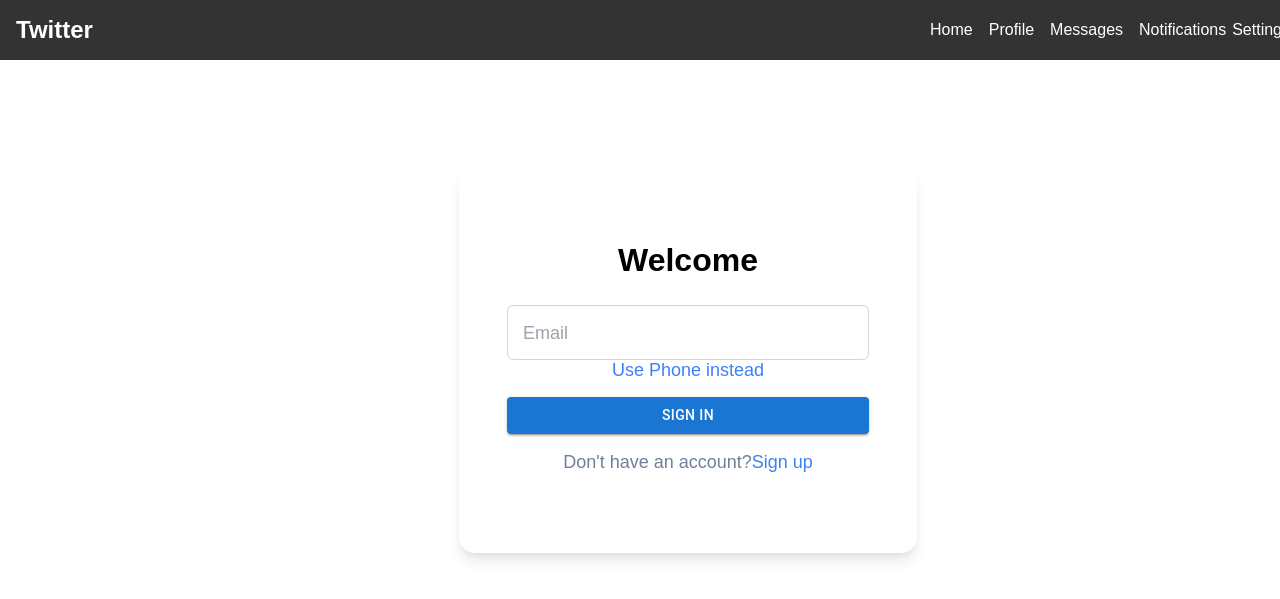
Repository: rakeshpuppala2590/Credit_karma
Page: / (app in client/)
An editor plug-in stored every save of this project. The page is shown before and after the next save, followed by the edit.
The browser window is 1280 px wide. The pictures show the whole page.
The project was rebuilt for these pictures with package versions that can differ from the ones it lists, and the page was loaded fresh each time.

Above is the page before, as saved 2024-06-15 15:08:20.

### client/src/index.js
import React from 'react';
import { createRoot } from 'react-dom/client';
import './index.css';
import App from './App';
import reportWebVitals from './reportWebVitals';

const root = createRoot(document.getElementById('root'));
root.render(
  <React.StrictMode>
    <App />
  </React.StrictMode>
);

// If you want to start measuring performance in your app, pass a function
// to log results (for example: reportWebVitals(console.log))
// or send to an analytics endpoint. Learn more: https://bit.ly/CRA-vitals
reportWebVitals();

### client/src/index.css
html,
body {
  height: 100%;
}

body {
  display: flex;
  justify-content: center; /* align horizontally to the center */
  align-items: center; /* align vertically to the center */
  margin: 0;
  padding: 0;
  font-family: -apple-system, BlinkMacSystemFont, 'Segoe UI', Roboto, Oxygen,
    Ubuntu, Cantarell, 'Open Sans', 'Helvetica Neue', sans-serif;
  -webkit-font-smoothing: antialiased;
  -moz-osx-font-smoothing: grayscale;
}

.bg-overlay {
  position: fixed;
  top: 0;
  left: 0;
  width: 100%;
  height: 100%;
  background-color: rgba(0, 0, 0, 0.5); /* semi-transparent black background */
  backdrop-filter: blur(5px); /* backdrop filter to create blur effect */
}

code {
  font-family: source-code-pro, Menlo, Monaco, Consolas, 'Courier New',
    monospace;
}

### client/src/App.js
import './App.css';
import Signin from './components/Signin';
import Home from './components/Home';

function App() {
  return (
    <div id='root'>
      <Home/>
      <Signin/>
    </div>
  );
}

export default App;

### client/src/App.css
/* Styles (login.css) */
.form-container {
  padding: 3rem; /* Increased padding */
  border-radius: 1rem; /* Increased border radius */
  box-shadow: 0 10px 15px -3px rgba(0, 0, 0, 0.1), 0 4px 6px -2px rgba(0, 0, 0, 0.05); /* Tailwind 'shadow-md' */
  max-width: 40rem; /* Increased max width */
  width: 100%;
}



.blur-background {
  filter: blur(5px); /* Blur effect */
  pointer-events: none; /* Disable interactions */
}

.flex-center {
  display: flex;
  justify-content: center;
  align-items: center;
  min-height: 100vh; /* Adjusted to ensure the height of the component is 100% of the viewport height */
}





.w-full {
  width: 100%;
}

.text-center {
  text-align: center;
}

.mb-8 {
  margin-bottom: 2rem;
}

.text-2xl {
  font-size: 2rem; /* Increased font size */
}

.font-semibold {
  font-weight: 600;
}

.bg-gray-100 {
  background-color: #f7fafc;
}

.border {
  border-width: 1px;
  border-color: #e2e8f0;
}

.border-gray-300 {
  border-color: #d1d5db;
}

.rounded-md {
  border-radius: 0.375rem;
}

.p-2 {
  padding: 0.5rem;
}

.focus\:outline-none:focus {
  outline: 2px solid transparent;
  outline-offset: 2px;
  box-shadow: 0 0 0 3px rgba(66, 153, 225, 0.5);
}

.focus\:ring {
  box-shadow: 0 0 #0000;
}

.focus\:ring-blue-400:focus {
  box-shadow: 0 0 0 3px rgba(66, 153, 225, 0.5);
}

.mb-4 {
  margin-bottom: 1rem;
}

.mt-4 {
  margin-top: 1rem;
}

.cursor-pointer {
  cursor: pointer;
}

.text-blue-500 {
  color: #3b82f6;
  font-size: 1.125rem; /* Increased font size */
}

.text-gray-500 {
  color: #718096;
  font-size: 1.125rem; /* Increased font size */
}

.w-1\/2 {
  width: 48%; /* Adjusted width to fit side by side with margin */
  padding: 1rem 1.5rem; /* Increased padding */
  font-size: 1.125rem; /* Increased font size */
}

.mr-2 {
  margin-right: 0.5rem;
}

.ml-2 {
  margin-left: 0.5rem;
}

.absolute {
  position: absolute;
}

.inset-y-0 {
  top: 0;
  bottom: 0;
}

.right-0 {
  right: 0;
}

.px-3 {
  padding-left: 0.75rem;
  padding-right: 0.75rem;
}

.py-1 {
  padding-top: 0.25rem;
  padding-bottom: 0.25rem;
}

.bg-blue-500 {
  background-color: #3b82f6;
}

.text-white {
  color: #fff;
}

.justify-between {
  justify-content: space-between;
}

.floating-label {
  position: relative;
  margin-top: 1rem;
}

.floating-input {
  border: 1px solid #d1d5db; /* Tailwind 'border-gray-300' */
  border-radius: 0.375rem; /* Tailwind 'rounded-md' */
  padding: 1.5rem 1rem 0.5rem 1rem; /* Adjusted padding */
  width: 100%;
   /* Changed background color to black */
  transition: border-color 0.3s, background-color 0.3s;
  font-size: 1.125rem; /* Increased font size */
  box-sizing: border-box; /* Ensures padding is included in the width */
}

.floating-label-text {
  position: absolute;
  top: 50%;
  left: 1rem;
  transform: translateY(-50%);
  pointer-events: none;
  transition: all 0.3s ease;
  color: #9ca3af; /* Tailwind 'text-gray-500' */
  font-size: 1.125rem; /* Increased font size */
}

.floating-input:focus + .floating-label-text,
.floating-input:not(:placeholder-shown) + .floating-label-text {
  top: 0.5rem;
  left: 1rem;
  font-size: 0.875rem; /* Adjusted font size */
  color: #3b82f6; /* Tailwind 'text-blue-400' */
}

.floating-input:focus {
  outline: none;
  border-color: #3b82f6; /* Tailwind 'ring-blue-400' */
}

.button-container {
  display: flex;
  justify-content: space-between;
  width: 100%;
}

.button-container > button {
  width: 48%; /* Ensures buttons are side by side with some space between */
}

.toggle-span {
  margin-top: 1rem; /* Increased margin-top for the toggle */
}

.App {
  text-align: center;
}

.App-logo {
  height: 40vmin;
  pointer-events: none;
}

@media (prefers-reduced-motion: no-preference) {
  .App-logo {
    animation: App-logo-spin infinite 20s linear;
  }
}

.App-header {

  min-height: 100vh;
  display: flex;
  flex-direction: column;
  align-items: center;
  justify-content: center;
  font-size: calc(10px + 2vmin);
  color: white;
}


.App-link {
  color: #61dafb;
}

@keyframes App-logo-spin {
  from {
    transform: rotate(0deg);
  }
  to {
    transform: rotate(360deg);
  }
}

### client/src/components/Signin.jsx
import React, { useState } from 'react';
import Button from '@mui/material/Button';
import '../Styles/Home.css';

const Signin = () => {
  const [showSignup, setShowSignup] = useState(false);
  const [showSignin, setShowSignin] = useState(false);
  const [secondField, setSecondField] = useState("email");
  const [email, setEmail] = useState("");

  const handleSignup = () => {
    setShowSignup(true);
    setShowSignin(false);
  };

  const handleSignin = () => {
    setShowSignup(false);
    setShowSignin(true);
  };

  const toggleSecondField = () => {
    setSecondField(prevField => prevField === "email" ? "phone" : "email");
  };

  const handleEmailChange = (event) => {
    setEmail(event.target.value);
  };

  return (
    <div className="flex justify-center items-center h-screen">
      <div className="form-container">
        {!showSignup && !showSignin && (
          <div className="text-center mb-8">
            <h2 className="text-2xl font-semibold">Welcome</h2>
            <div className="floating-label">
              <input
                type={secondField === "email" ? "email" : "tel"}
                placeholder=" "
                className="floating-input"
                value={email}
                onChange={handleEmailChange}
              />
              <label className="floating-label-text">
                {secondField === "email" ? "Email" : "Phone"}
              </label>
            </div>
            <div className="mb-4 flex justify-end">
              <span
                className="text-blue-500 cursor-pointer"
                onClick={toggleSecondField}
              >
                {secondField === "email" ? "Use Phone instead" : "Use Email instead"}
              </span>
            </div>
            <div className="flex justify-center mt-4">
              <Button variant="contained" color="primary" className="w-full" onClick={() => handleSignin(email)}>Sign In</Button>
            </div>
            <div className="text-center mt-4">
              <p className="text-gray-500">
                Don't have an account?
                <span
                  onClick={handleSignup}
                  className="text-blue-500 cursor-pointer ml-1"
                >
                  Sign up
                </span>
              </p>
            </div>
          </div>
        )}
        {showSignup && (
          <div>
            <div className="text-center mb-8">
              <h2 className="text-2xl font-semibold">Sign Up</h2>
              <p className="text-gray-500">Create your account</p>
            </div>
            <form>
              <div className="floating-label">
                <input type="text" placeholder=" " className="floating-input" />
                <label className="floating-label-text">Name</label>
              </div>
              <div className="floating-label">
                <input type={secondField === "email" ? "email" : "tel"} placeholder=" " className="floating-input" />
                <label className="floating-label-text">
                  {secondField === "email" ? "Email" : "Phone"}
                </label>
              </div>
              <div className="mb-4 flex justify-end">
                <span
                  className="text-blue-500 cursor-pointer"
                  onClick={toggleSecondField}
                >
                  {secondField === "email" ? "Use Phone instead" : "Use Email instead"}
                </span>
              </div>
              <div className="floating-label">
                <input type="password" placeholder=" " className="floating-input" />
                <label className="floating-label-text">Password</label>
              </div>
              <div className="button-container mt-4">
                <Button variant="contained" color="primary" className="mr-2">Sign Up</Button>
                <Button variant="contained" className="ml-2" onClick={() => setShowSignup(false)}>Cancel</Button>
              </div>
            </form>
          </div>
        )}
        {showSignin && (
          <div>
            <div className="text-center mb-8">
              <h2 className="text-2xl font-semibold">Sign In</h2>
              <p className="text-gray-500">Enter your credentials</p>
            </div>
            <form>
              <div className="floating-label">
                <input type={secondField === "email" ? "email" : "tel"} placeholder=" " className="floating-input" value={email} onChange={handleEmailChange}/>
                <label className="floating-label-text">
                  {secondField === "email" ? "Email" : "Phone"}
                </label>
              </div>
              <div className="mb-4 flex justify-end">
                <span
                  className="text-blue-500 cursor-pointer"
                  onClick={toggleSecondField}
                >
                  {secondField === "email" ? "Use Phone instead" : "Use Email instead"}
                </span>
              </div>
              <div className="floating-label">
                <input type="password" placeholder=" " className="floating-input" />
                <label className="floating-label-text">Password</label>
              </div>
              <div className="button-container mt-4">
                <Button variant="contained" color="primary" className="mr-2">Sign In</Button>
                <Button variant="contained" className="ml-2" onClick={() => setShowSignin(false)}>Cancel</Button>
              </div>
            </form>
          </div>
        )}
      </div>
    </div>
  );
};

export default Signin;

### client/src/components/Home.jsx
import React, { useState } from 'react';
import '../Styles/Home.css'

const Home = () => {
    const [isOpen, setIsOpen] = useState(false);

    const handleToggle = () => {
        setIsOpen(!isOpen);
    };

    return (
        <nav className="navbar">
            <div className="navbar-container">
                <a href="#Home" className="navbar-brand">Twitter</a>
                <div className={`navbar-links ${isOpen ? 'show' : ''}`}>
                    <a href="#Home">Home</a>
                    <a href="#Profile">Profile</a>
                    <a href="#Messages">Messages</a>
                    <a href="#Notifications">Notifications</a>
                    <div className="dropdown">
                        <button className="dropbtn">Settings</button>
                        <div className="dropdown-content">
                            <a href="#Account">Account</a>
                            <a href="#Privary">Privacy</a>
                            <a href="#Logout">Logout</a>
                        </div>
                    </div>
                </div>
                <button className="navbar-toggle" onClick={handleToggle}>
                    ☰
                </button>
            </div>
        </nav>
    );
};

export default Home;

### client/src/Styles/Home.css
body {
    font-family: Arial, sans-serif;
    margin: 0;
    padding: 0;
}

.navbar {
    background-color: #333;
    color: white;
    padding: 1rem;
    position: fixed;
    width: 100%;
    top: 0;
    left: 0;
    z-index: 1000;
}

.navbar-container {
    display: flex;
    justify-content: space-between;
    align-items: center;
}

.navbar-brand {
    font-size: 1.5rem;
    font-weight: bold;
    color: white;
    text-decoration: none;
}

.navbar-links a {
    color: white;
    text-decoration: none;
    margin-left: 1rem;
}

.navbar-toggle {
    display: none;
    background: none;
    border: none;
    font-size: 1.5rem;
    color: white;
}

.dropdown {
    position: relative;
    display: inline-block;
}

.dropbtn {
    background: none;
    border: none;
    color: white;
    font-size: 1rem;
    cursor: pointer;
}

.dropdown-content {
    display: none;
    position: absolute;
    background-color: #f9f9f9;
    min-width: 160px;
    box-shadow: 0px 8px 16px 0px rgba(0,0,0,0.2);
    z-index: 1;
}

.dropdown-content a {
    color: black;
    padding: 12px 16px;
    text-decoration: none;
    display: block;
}

.dropdown-content a:hover {
    background-color: #f1f1f1;
}

.dropdown:hover .dropdown-content {
    display: block;
}

/* Responsive styles */
@media (max-width: 768px) {
    .navbar-links {
        display: none;
        flex-direction: column;
        width: 100%;
        background-color: #333;
        position: absolute;
        top: 60px;
        left: 0;
    }

    .navbar-links a {
        padding: 1rem;
        border-top: 1px solid #444;
    }

    .navbar-toggle {
        display: block;
    }

    .navbar-links.show {
        display: flex;
    }
}

Loaded but not shown: client/public/index.html (common file); client/src/reportWebVitals.js (common file)

After the next save:
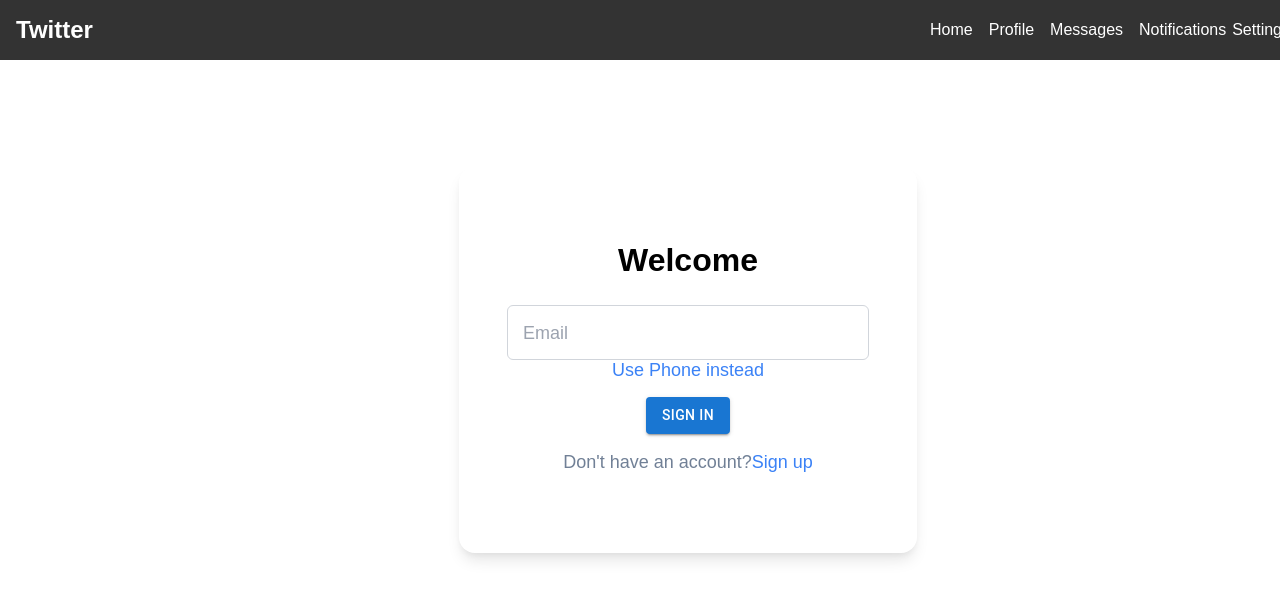
Saved 10 s later.
--- a/client/src/App.css
+++ b/client/src/App.css
@@ -24,10 +24,6 @@
 
 
 
-
-.w-full {
-  width: 100%;
-}
 
 .text-center {
   text-align: center;

After the save that followed:
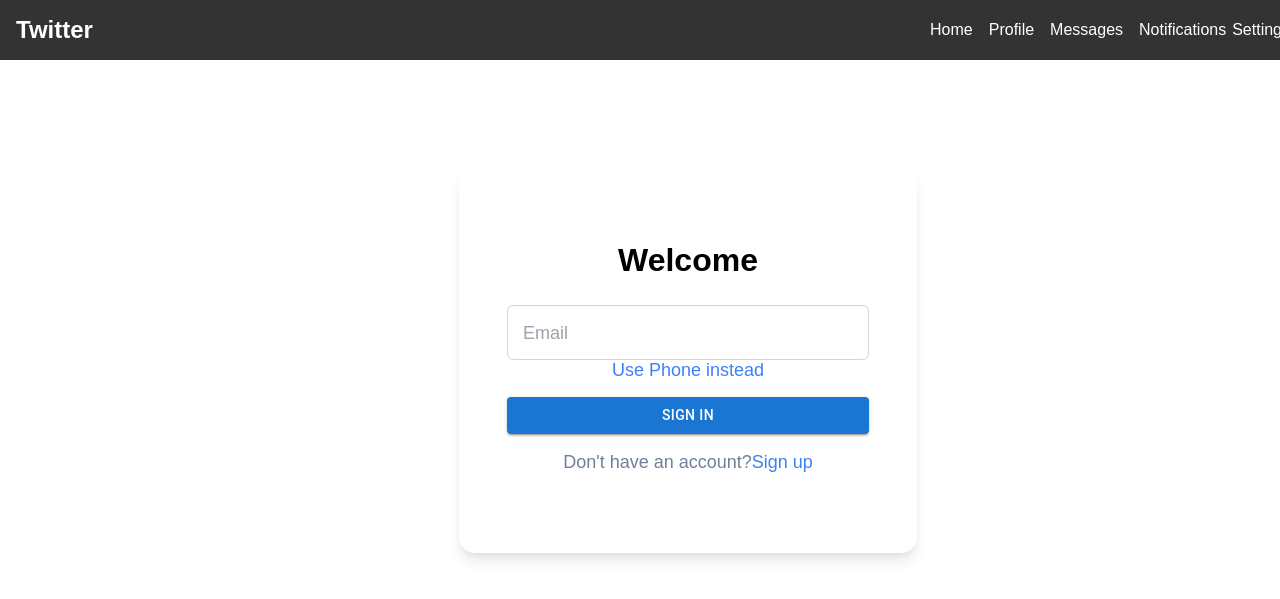
Saved 4 s later.
--- a/client/src/App.css
+++ b/client/src/App.css
@@ -24,6 +24,10 @@
 
 
 
+
+.w-full {
+  width: 100%;
+}
 
 .text-center {
   text-align: center;
